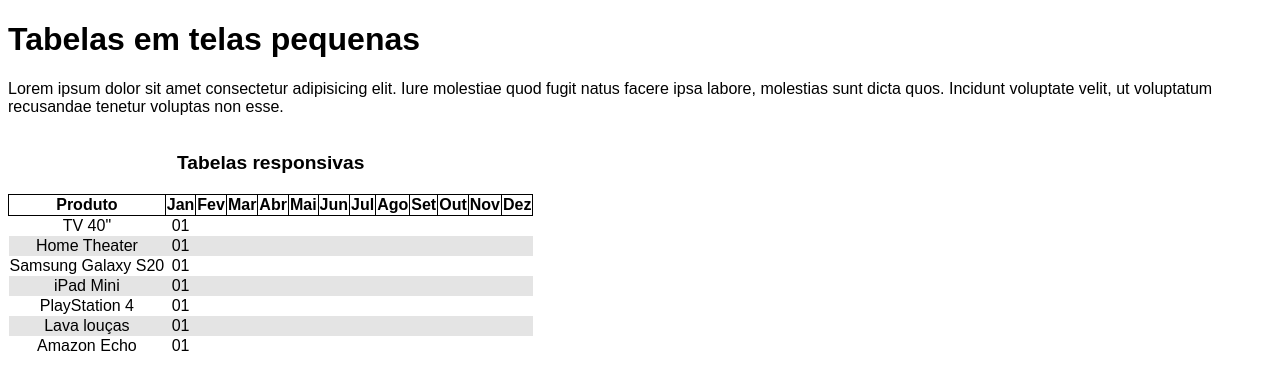
Repository: railsondev/html-css
Page: Módulo3/Exercicios/Ex02 - Tabelas/tabela005.html
The author's editor kept a copy of each file at every save. The page is drawn from the files as they stood at one save, then again after a run of saves.
The browser window is 1280 px wide. The pictures show the whole page.

Above is the page before, as saved 2024-10-22 15:19:04.

### Módulo3/Exercicios/Ex02 - Tabelas/tabela005.html
<!DOCTYPE html>
<html lang="pt-br">
<head>
  <meta charset="UTF-8">
  <meta name="viewport" content="width=device-width, initial-scale=1.0">
  <title>Tabelas responsivas</title>
  <link rel="stylesheet" href="src/css/estilo05.css">
</head>
<body>
  <h1>Tabelas em telas pequenas</h1>
  <p>Lorem ipsum dolor sit amet consectetur adipisicing elit. Iure molestiae quod fugit natus facere ipsa labore, molestias sunt dicta quos. Incidunt voluptate velit, ut voluptatum recusandae tenetur voluptas non esse.</p>
  <table>
    <caption>Tabelas responsivas</caption>
    <thead>
      <tr>
        <th>Produto</th>
        <th>Jan</th>
        <th>Fev</th>
        <th>Mar</th>
        <th>Abr</th>
        <th>Mai</th>
        <th>Jun</th>
        <th>Jul</th>
        <th>Ago</th>
        <th>Set</th>
        <th>Out</th>
        <th>Nov</th>
        <th>Dez</th>
      </tr>
    </thead>
    <tbody>
      <tr>
        <td>TV 40"</td>
        <td>01</td>
        <td></td>
        <td></td>
        <td></td>
        <td></td>
        <td></td>
        <td></td>
        <td></td>
        <td></td>
        <td></td>
        <td></td>
        <td></td>
      </tr>
      <tr>
        <td>Home Theater</td>
        <td>01</td>
        <td></td>
        <td></td>
        <td></td>
        <td></td>
        <td></td>
        <td></td>
        <td></td>
        <td></td>
        <td></td>
        <td></td>
        <td></td>
      </tr>
      <tr>
        <td>Samsung Galaxy S20</td>
        <td>01</td>
        <td></td>
        <td></td>
        <td></td>
        <td></td>
        <td></td>
        <td></td>
        <td></td>
        <td></td>
        <td></td>
        <td></td>
        <td></td>
      </tr>
      <tr>
        <td>iPad Mini</td>
        <td>01</td>
        <td></td>
        <td></td>
        <td></td>
        <td></td>
        <td></td>
        <td></td>
        <td></td>
        <td></td>
        <td></td>
        <td></td>
        <td></td>
      </tr>
      <tr>
        <td>PlayStation 4</td>
        <td>01</td>
        <td></td>
        <td></td>
        <td></td>
        <td></td>
        <td></td>
        <td></td>
        <td></td>
        <td></td>
        <td></td>
        <td></td>
        <td></td>
      </tr>
      <tr>
        <td>Lava louças</td>
        <td>01</td>
        <td></td>
        <td></td>
        <td></td>
        <td></td>
        <td></td>
        <td></td>
        <td></td>
        <td></td>
        <td></td>
        <td></td>
        <td></td>
      </tr>
      <tr>
        <td>Amazon Echo</td>
        <td>01</td>
        <td></td>
        <td></td>
        <td></td>
        <td></td>
        <td></td>
        <td></td>
        <td></td>
        <td></td>
        <td></td>
        <td></td>
        <td></td>
      </tr>
    </tbody>
    <tfoot>

    </tfoot>
  </table>
</body>
</html>

### Módulo3/Exercicios/Ex02 - Tabelas/src/css/estilo05.css
@charset 'UTF-8';

body {
  font-family: Arial, Helvetica, sans-serif;
}

table {
  border-collapse: collapse;
}

caption {
  font-size: 1.2em;
  font-weight: bolder;
  padding: 20px;
}

th {
  border: 1px solid black;

}

td {
  text-align: center;
  vertical-align: center;
}

tr:nth-child(even) {
  background-color: rgb(228, 228, 228);
}

After the next 2 saves:
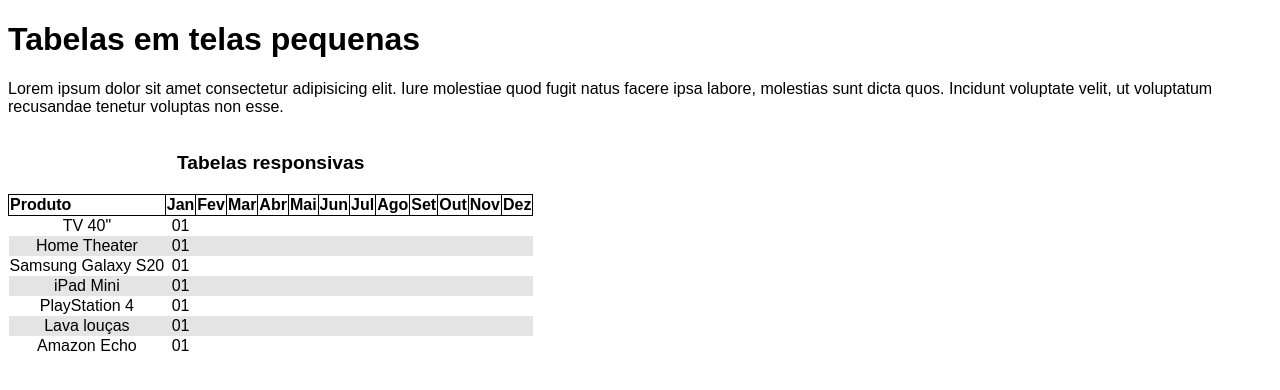
The 2 saves are shown as one change because they came seconds apart.
The last was saved 8 s later.
--- a/Módulo3/Exercicios/Ex02 - Tabelas/src/css/estilo05.css
+++ b/Módulo3/Exercicios/Ex02 - Tabelas/src/css/estilo05.css
@@ -16,7 +16,7 @@
 
 th {
   border: 1px solid black;
-
+  text-align: left;
 }
 
 td {

After the 2 saves that followed:
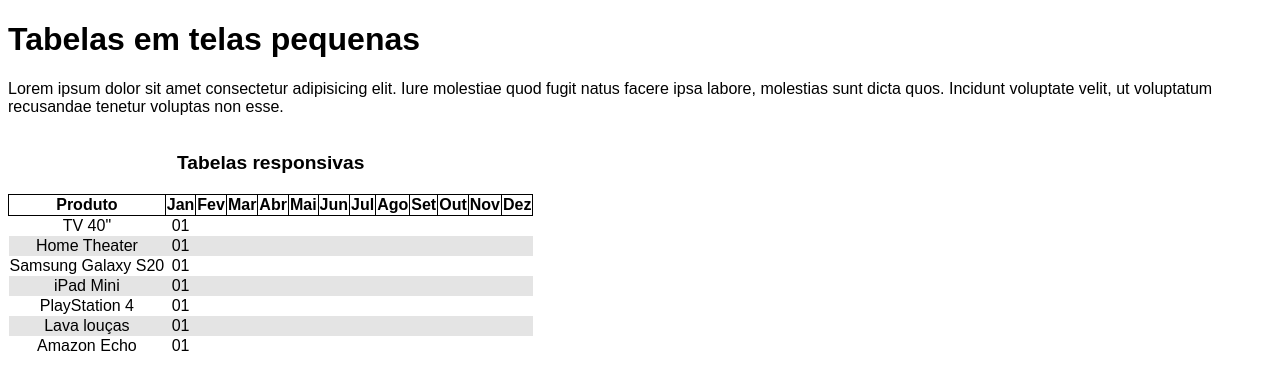
The 2 saves are shown as one change because they came seconds apart.
The last was saved 11 s later.
--- a/Módulo3/Exercicios/Ex02 - Tabelas/src/css/estilo05.css
+++ b/Módulo3/Exercicios/Ex02 - Tabelas/src/css/estilo05.css
@@ -16,7 +16,6 @@
 
 th {
   border: 1px solid black;
-  text-align: left;
 }
 
 td {
